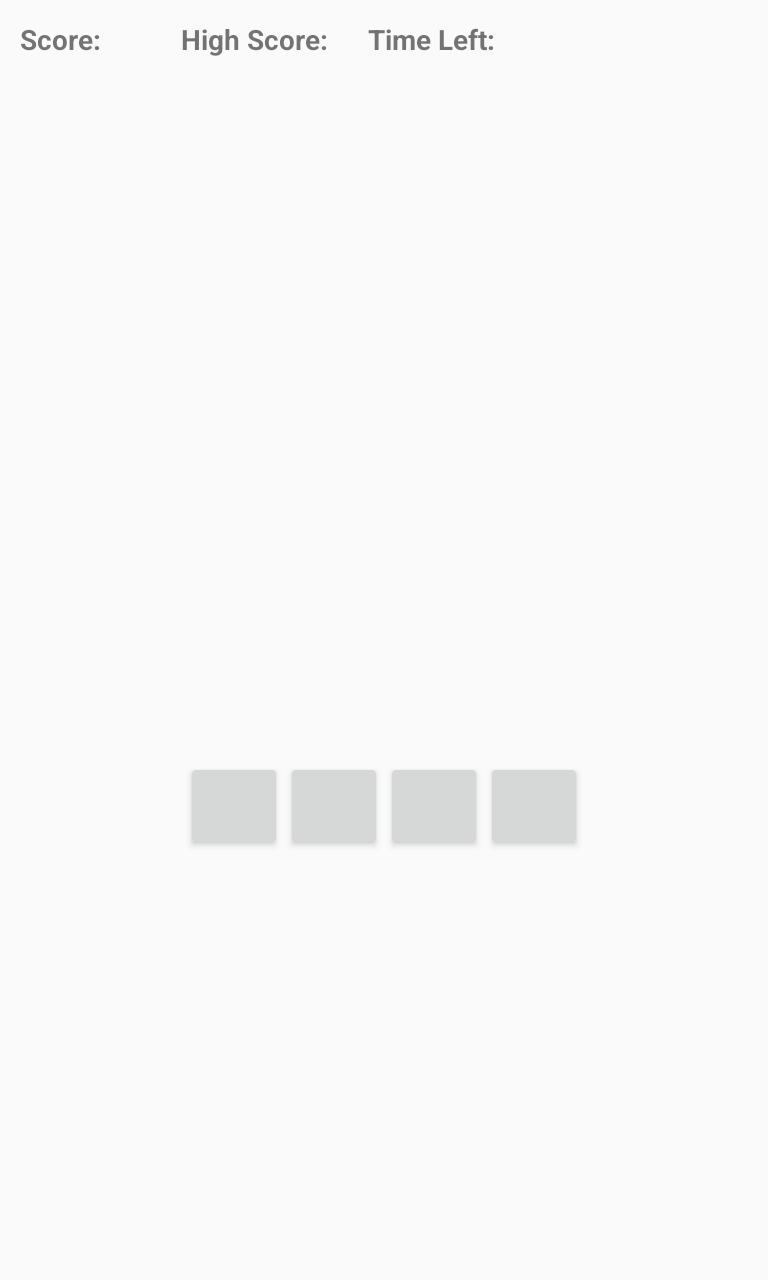
Repository: JoanneCaroll/Mathbomb
Layout: MathBomb/res/layout/activity_startgame.xml
An editor plug-in stored every save of this project. The layout is shown before and after the next save, followed by the edit.
It is drawn on a 768 x 1280 px phone screen (xhdpi) without system bars, with theme AppTheme; the app's code is not run.

Above is the layout before, as saved 2014-11-12 11:10:48.

### MathBomb/res/layout/activity_startgame.xml
<LinearLayout xmlns:android="http://schemas.android.com/apk/res/android"
    android:layout_gravity="center"
    android:orientation="vertical"
    android:layout_width="match_parent"
    android:layout_height="match_parent" >

	<TableLayout
	    android:layout_width="match_parent"
	    android:layout_height="wrap_content"
	    android:orientation="horizontal" >
	    <TableRow>
		    <TextView
		        android:padding="10dp"
		        android:id="@+id/score"
		        android:layout_width="wrap_content"
		        android:layout_height="wrap_content"
		        android:text="@string/score"
		        android:textStyle="bold" />
		    <TextView
		        android:id="@+id/showscore"
		        android:layout_width="20dp"
		        android:layout_height="wrap_content" />
		    <TextView
		        android:padding="10dp"
		        android:id="@+id/highscore"
		        android:layout_width="wrap_content"
		        android:layout_height="wrap_content"
		        android:text="@string/highscore"
		        android:textStyle="bold" />
		    <TextView
		        android:id="@+id/showhighscore"
		        android:layout_width="wrap_content"
		        android:layout_height="wrap_content" />
		   <TextView
		        android:padding="10dp"
		        android:id="@+id/time"
		        android:layout_width="wrap_content"
		        android:layout_height="wrap_content"
		        android:text="@string/timeleft"
		        android:textStyle="bold" />
		    <TextView
		        android:id="@+id/showtimeleft"
		        android:layout_width="wrap_content"
		        android:layout_height="wrap_content" />
	    </TableRow>
	</TableLayout>

    <RelativeLayout
            android:gravity="center"
            android:layout_width="match_parent"
            android:layout_height="wrap_content"
            android:padding="10dp" >

	     <TextView
		    android:id="@+id/integer1"
		    android:layout_width="wrap_content"
		    android:layout_height="wrap_content"
		    android:padding="5dp"
		    android:textSize="50dp" />
		 <TextView
		    android:layout_toRightOf="@id/integer1"
		    android:id="@+id/operator"
		    android:layout_width="wrap_content"
		    android:layout_height="wrap_content"
		    android:padding="5dp"
		    android:textSize="50dp" />
		 <TextView
		    android:layout_toRightOf="@id/operator"
		    android:id="@+id/integer2"
		    android:layout_width="wrap_content"
		    android:layout_height="wrap_content"
		    android:padding="5dp"
		    android:textSize="50dp" />

    </RelativeLayout>

	<TextView
	    	android:layout_gravity="center"
		    android:id="@+id/showresult"
		    android:layout_width="wrap_content"
		    android:layout_height="wrap_content"
		    android:textSize="15dp"
		    android:textStyle="bold"
		    android:padding="5dp" />

	<RelativeLayout
	        android:layout_width="match_parent"
	        android:layout_height="wrap_content"
	        android:gravity="center" >

		    <Button
		        android:layout_alignParentBottom="true"
		        android:id="@+id/choice1"
		        android:layout_width="50dp"
		        android:layout_height="wrap_content" />
		    <Button
		        android:layout_alignParentBottom="true"
		        android:id="@+id/choice2"
		        android:layout_toRightOf="@id/choice1"
		        android:layout_width="50dp"
		        android:layout_height="wrap_content" />
		    <Button
		        android:layout_alignParentBottom="true"
		        android:id="@+id/choice3"
		        android:layout_toRightOf="@id/choice2"
		        android:layout_width="50dp"
		        android:layout_height="wrap_content" />
		     <Button
		        android:layout_alignParentBottom="true"
		        android:id="@+id/choice4"
		        android:layout_toRightOf="@id/choice3"
		        android:layout_width="50dp"
		        android:layout_height="wrap_content" />

	</RelativeLayout>

</LinearLayout>

### MathBomb/res/values/strings.xml
<?xml version="1.0" encoding="utf-8"?>
<resources>

    <string name="app_name">MathBomb</string>
    <string name="action_settings">Settings</string>
    <string name="score">Score: </string>
    <string name="timeleft">Time Left: </string>
    <string name="highscore">High Score: </string>
    <string name="highscoretitle">HIGH SCORE</string>
    <string name="ok">Ok</string>
	<string name="setRange">Choose Range of Numbers: </string>

	<string name="menuplay">Play!</string>
	<string name="menuhighscore">High Score</string>
	<string name="menuhowtoplay">How to Play</string>
	<string name="menusettings">Settings</string>
	<string name="menuexit">Exit</string>

</resources>

Loaded but not shown: MathBomb/res/values/styles.xml (common file); MathBomb/res/values-v11/styles.xml (common file); MathBomb/res/values-v14/styles.xml (common file)

After the next save:
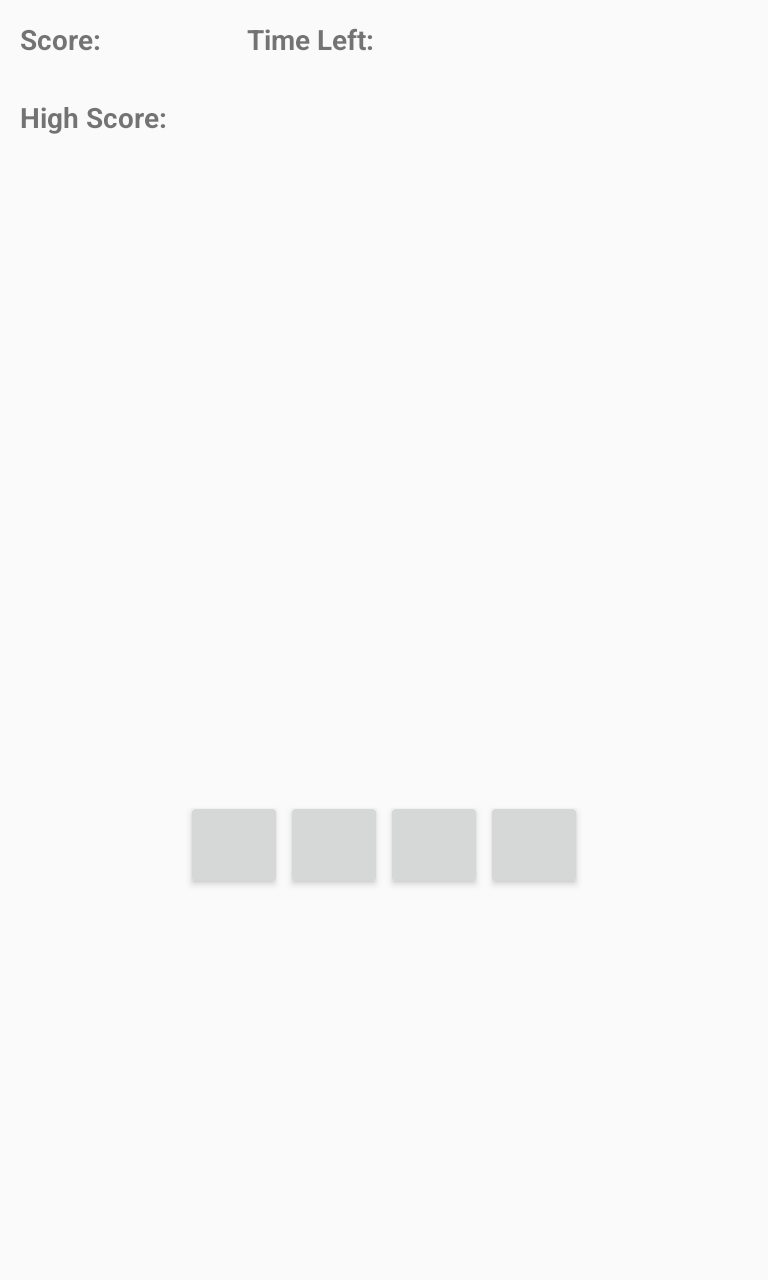
Saved 54 s later.
--- a/MathBomb/res/layout/activity_startgame.xml
+++ b/MathBomb/res/layout/activity_startgame.xml
@@ -20,17 +20,7 @@
 		        android:id="@+id/showscore"
 		        android:layout_width="20dp"
 		        android:layout_height="wrap_content" />
-		    <TextView
-		        android:padding="10dp"
-		        android:id="@+id/highscore"
-		        android:layout_width="wrap_content"
-		        android:layout_height="wrap_content"
-		        android:text="@string/highscore"
-		        android:textStyle="bold" />
-		    <TextView
-		        android:id="@+id/showhighscore"
-		        android:layout_width="wrap_content"
-		        android:layout_height="wrap_content" />
+
 		   <TextView
 		        android:padding="10dp"
 		        android:id="@+id/time"
@@ -43,6 +33,19 @@
 		        android:layout_width="wrap_content"
 		        android:layout_height="wrap_content" />
 	    </TableRow>
+	    <TableRow>
+	    <TextView
+		        android:padding="10dp"
+		        android:id="@+id/highscore"
+		        android:layout_width="wrap_content"
+		        android:layout_height="wrap_content"
+		        android:text="@string/highscore"
+		        android:textStyle="bold" />
+		    <TextView
+		        android:id="@+id/showhighscore"
+		        android:layout_width="wrap_content"
+		        android:layout_height="wrap_content" />
+		 </TableRow>
 	</TableLayout>
 
     <RelativeLayout
